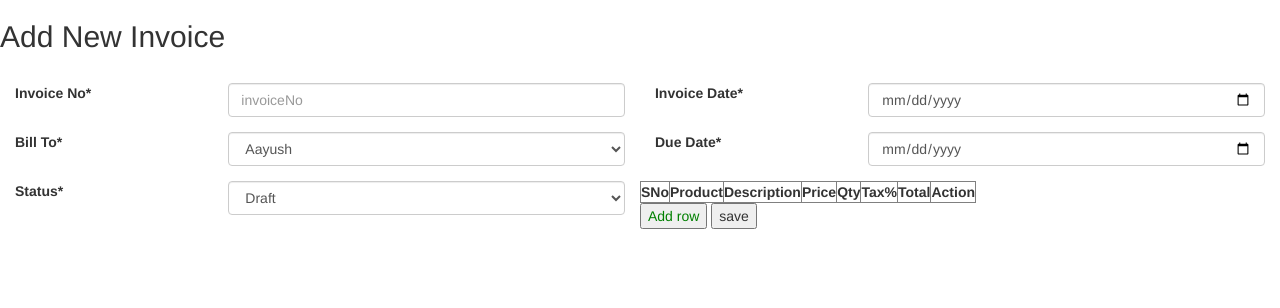
Repository: Aayush13013/Invoice_Management_app
Page: http://localhost/invoiceInfo/WEB-INF/jsp/new_invoiceInfo.jsp
An editor plug-in stored every save of this project. The page is shown before and after the next save, followed by the edit.
The browser window is 1280 px wide. The pictures show the whole page.
The page is served by Tomcat 9. Nobody is signed in. The template is opened directly, without the code that normally fills it, so the values that code supplies are empty.

Above is the page before, as saved 2021-12-27 16:19:30.

After the next save:
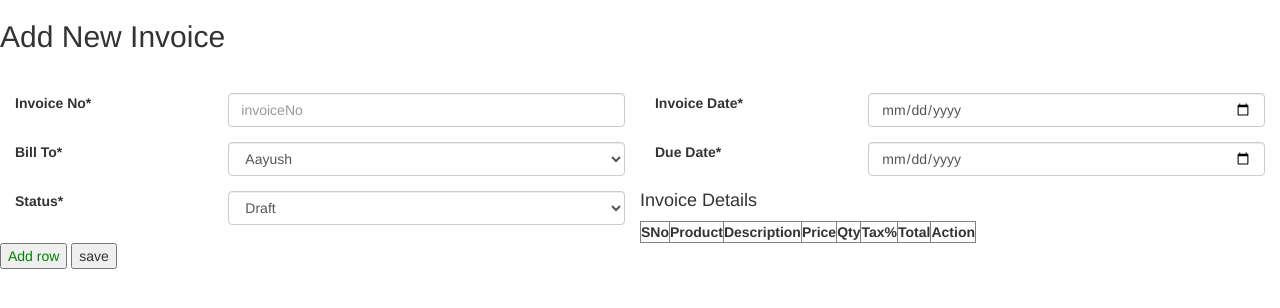
Saved 21 s later.
--- a/invoiceInfo/invoiceInfo/src/main/webapp/WEB-INF/jsp/new_invoiceInfo.jsp
+++ b/invoiceInfo/invoiceInfo/src/main/webapp/WEB-INF/jsp/new_invoiceInfo.jsp
@@ -144,24 +144,25 @@
 		</div>
 
 
-<div class="form-row">
+		<div class="form-row">
+			<h4>Invoice Details</h4>
 
-		<table id="myTable" border="1">
-			<thead>
-				<tr>
-					<th>SNo</th>
-					<th>Product</th>
-					<th>Description</th>
-					<th>Price</th>
-					<th>Qty</th>
-					<th>Tax%</th>
-					<th>Total</th>
-					<th>Action</th>
-				</tr>
+			<table id="myTable" border="1">
+				<thead>
+					<tr>
+						<th>SNo</th>
+						<th>Product</th>
+						<th>Description</th>
+						<th>Price</th>
+						<th>Qty</th>
+						<th>Tax%</th>
+						<th>Total</th>
+						<th>Action</th>
+					</tr>
 
-			</thead>
+				</thead>
 
-		</table>
+			</table>
 		</div>
 		<input type="button" value="Add row" onclick="addRows('myTable')"
 			style="color: green;" />
